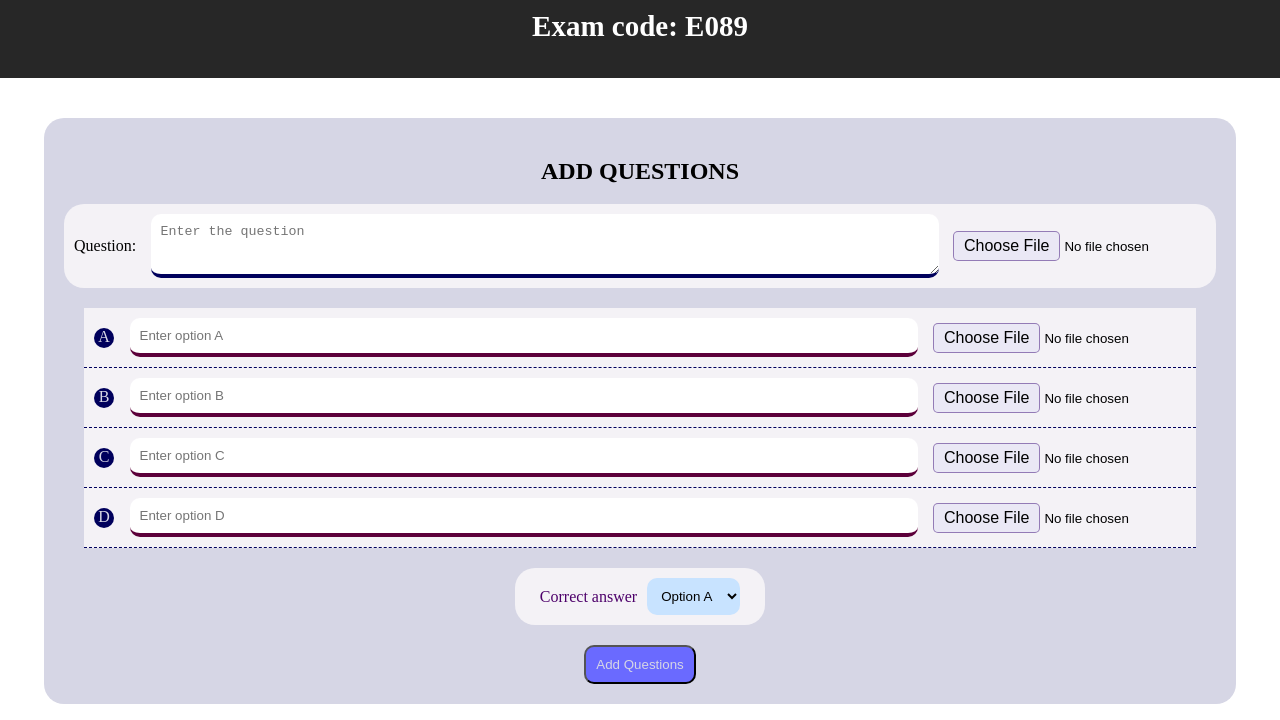
Repository: Buddhadip/ExamPortalApp_struts
Page: http://localhost/ExamWizard/WEB-INF/views/addQuestions.jsp
These files come from the project's save history. The page is drawn as it stood at one moment and after the next save; the edit follows.
The browser window is 1280 px wide. The pictures show the whole page.
The page is served by Tomcat 9. Nobody is signed in. The template is opened directly, without the code that normally fills it, so the values that code supplies are empty.

Above is the page before, as saved 2023-07-19 10:19:48.

After the next save:
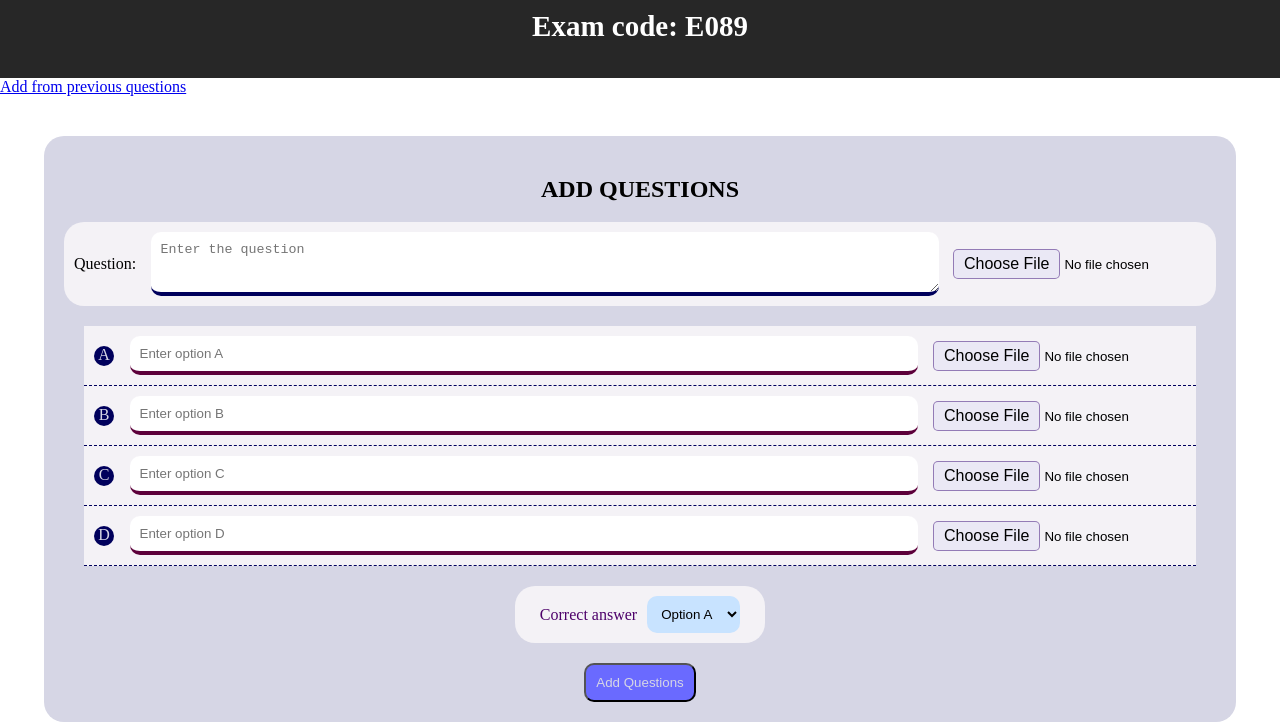
Saved 9 min 24 s later.
--- a/ExamWizard/src/main/webapp/WEB-INF/views/addQuestions.jsp
+++ b/ExamWizard/src/main/webapp/WEB-INF/views/addQuestions.jsp
@@ -9,6 +9,9 @@
 </head>
 <body>
     <div id="header">Exam code: E089</div>
+    <div class="more-qs">
+      <a href="./allQuestions">Add from previous questions</a>
+    </div>
     <div>
       <form id="mcq-form">
         <div class="question-container">
